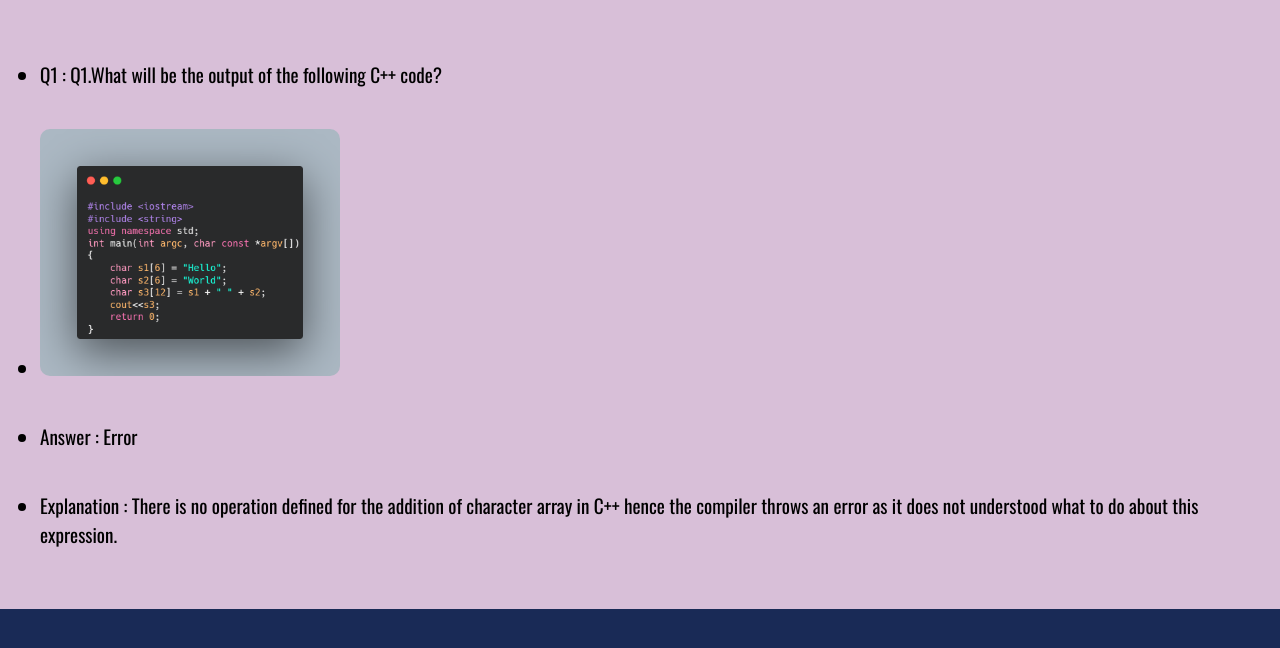
Repository: abdelrahmanahmed20021/Quiz-Platform
Page: info.html
The author's editor kept a copy of each file at every save. The page is drawn from the files as they stood at one save, then again after the next save.
The browser window is 1280 px wide. The pictures show the whole page.

Above is the page before, as saved 2023-01-11 18:09:32.

### info.html
<!DOCTYPE html>
<html lang="en">

    <head>
        <!-- ======== Meta =========== -->
        <meta charset="UTF-8">
        <meta http-equiv="X-UA-Compatible" content="IE=edge">
        <meta name="viewport" content="width=device-width, initial-scale=1.0">
        <title>Question || Platform</title>
        <!-- ======== Links =========== -->
        <link rel="stylesheet" href="./styles/index.css">
        <link rel="stylesheet" href="./styles/responsive.css">
        <style>
            .info-answers{
                background-color: thistle;
                padding: 40px;
            }
            .info-answers li{
                padding: 20px 0;
                font-size: 1.2rem;
            }
            .info-answers li img{
                width: 300px;
                border-radius: 10px;
            }
        </style>
        <!-- ======== Links =========== -->
    </head>
    <body>
       <ul class="info-answers">
         <li>Q1 : Q1.What will be the output of the following C++ code?</li>
         <li><img src="../assets/code/1.png" alt=""></li>
         <li>Answer : Error</li>
         <li>Explanation :  There is no operation defined for the addition of character array in C++ hence the compiler throws an error as it does not understood what to do about this expression.</li>
       </ul>
    </body>
</html>

### styles/index.css
/* ========= Import || Font ||  ========= */
@import url('https://fonts.googleapis.com/css2?family=Oswald:wght@200;300;400;500;600;700&display=swap');
/* ========= Import || Font ||  ========= */




/* ========= Set || Variables ||  ========= */
:root {
    --mainColor: #192a56;
    --primaryColor: #273c75;
    --lightColor: #00a8ff;
    --greenColor: #e1b12c;
    --redColor: #487eb0;
    --mainFont: 'Oswald', sans-serif;
    --mainPadding: 40px;
    --primaryPadding: 20px;
    --mainFontSize: 1.2rem;
    --primaryFontSize: .72rem;
    --mainFontWigth: 500;
    --primaryFontWigth: 700;
}

/* ========= Set || Variables ||  ========= */




/* ========= Golbal || Styles ||  ========= */
*>*,
*::after,
*::before {
    padding: 0;
    margin: 0;
    box-sizing: border-box;
    transition: all .5s ease-in-out;
    user-select: none;
    user-zoom: none;
    -webkit-user-drag: none;
}

body {
    background-color: var(--mainColor);
    font-family: var(--mainFont);
}

.flex {
    display: flex;
    align-items: center;
    justify-content: center;
}

.box {
    height: 50%;
}

.border {
    border: 2px solid var(--lightColor);
    border-radius: 10px;
}

.hover:hover {
    background-color: var(--lightColor) !important;
    color: var(--primaryColor) !important;
}

.hover_min_width:active {
    background-color: var(--lightColor) !important;
    color: var(--primaryColor) !important;
}

::-webkit-scrollbar {
    width: 5px;
}

::-webkit-scrollbar-thumb {
    background-color: var(--greenColor);
    border-radius: 10px;
}

/* ========= Golbal || Styles ||  ========= */



/* ========= Main || ElE || Styles ||  ========= */
body>section {
    display: flex;
    height: 100vh;
    padding: 30px;
}

body>section .container_1 {
    width: 70%;
    height: 100%;
}

body>section .container_2 {
    width: 30%;
    height: 100%;
    overflow: hidden;
}

body>section .container_1 .start_btn {
    height: 35%;
    gap: 30px;
}

/* ========= Main || ElE || Styles ||  ========= */

/* ========= Audio || Styles ||  ========= */

body>section>.audio_cotroll {
    position: relative;
}

body>section>.audio_cotroll img {
    top: 0;
    left: 0;
    cursor: pointer;
    position: absolute;
    width: 0;
    height: 0;
    opacity: 0;
}

body>section>.audio_cotroll .active {
    opacity: 1;
    z-index: 100;
    width: auto;
    height: auto;
}

/* ========= Audio || Styles ||  ========= */


/* ========= Container || One || Styles ||  ========= */
body>section .container_1 .start_btn button {
    padding: var(--primaryPadding);
    width: 200px;
    border: 0;
    outline: 0;
    border-radius: 10px;
    font-size: var(--mainFontSize);
    background-color: var(--primaryColor);
    color: var(--lightColor);
    cursor: pointer;
    font-weight: var(--mainFontWigth);
}
body>section .container_1 .start_btn button:hover{
    background-color: var(--lightColor);
    color: var(--mainColor);
}
body>section .container_1 .quest_content {
    height: 65%;
    padding: var(--mainPadding) var(--primaryPadding);
}

body>section .container_1 .quest_content .quset_cont {
    position: relative;
    height: 50%;
    font-size: var(--mainFontSize);
    color: var(--lightColor);
    background-color: transparent;
    padding: 90px;
}
body > #poper_img{
    background-color: #466bdb46;
    backdrop-filter: blur(10px);
    position: fixed;
    top: 0;
    bottom: 0;
    left: 0;
    right: 0;
    z-index: 1000;
    display: flex;
    justify-content: center;
    align-items: center;
}

@media screen and (max-width:675px){
    body > #poper_img img{
        width: 85%;
    }
}

@media screen and (min-width:676px) and (max-width:976px){
    body > #poper_img img{
        width: 90%;
    }
}
body > #poper_img span{
    position: absolute;
    top: 20px;
    left: 20px;
    font-size: 2rem;
    cursor: pointer;
    font-weight: bold;
    font-family: sans-serif;
    color: #e1b12c;
}
body>section .container_1 .quest_index {
    padding: 2px 10px;
    font-size: 16px;
    color: var(--lightColor);
}

body>section .container_1 .quest_content .answers {
    width: 100%;
    justify-content: center;
    flex-wrap: wrap;
}

body>section .container_1 .quest_content .answers span {
    width: 46%;
    margin: 5px;
    min-height: 40px;
    text-align: center;
    padding: 5px 0;
    cursor: pointer;
    color: var(--lightColor);
}


/* ========= Container || One || Styles ||  ========= */




/* ========= Container || Two || Styles ||  ========= */
body>section .container_2 .quest_index_num {
    justify-content: space-between;
    flex-direction: column-reverse;
    min-height: 68%;
    max-height: 68%;
    padding-bottom: 400px;
    margin-bottom: 30px;
    overflow: auto;
}


body>section .container_2 .quest_index_num p {
    display: block;
    width: 100%;
    text-align: center;
    color: var(--primaryColor);
}

body>section .container_2 .quest_index_num .correct_answer {
    background-color: transparent !important;
    color: var(--greenColor) !important;
}

body>section .container_2 .quest_index_num .falsey_answer {
    background-color: transparent !important;
    color: var(--primaryColor) !important;
}

body>section .container_2 .icons_helper {
    justify-content: space-evenly;
    height: 20%;
}

body>section .container_2 .icons_helper .remove_2 {
    width: 80px;
    height: 80px;
    cursor: pointer;
    color: var(--lightColor);
}

body>section .container_2 .icons_helper .google {
    cursor: pointer;
    width: 80px;
    height: 80px;
}

/* ========= Container || Two || Styles ||  ========= */

/* ========= Actives || Class || Styles ||  ========= */
.active_point_quest {
    color: var(--lightColor) !important;
    font-weight: var(--primaryFontWigth);
    font-size: var(--mainFontSize);
}

.falsey_answer {
    background-color: var(--redColor) !important;
    color: var(--lightColor) !important;
}
.falsey_answer_p{
    color: red !important;
}
.correct_answer {
    background-color: var(--greenColor) !important;
    color: var(--lightColor) !important;
}

.hidde_animate_btn {
    transform: scale(0);
    width: 0;
}
.poper_appender{
    color: #00a8ff;
}
.hide_poper{
    display: none !important;
}
.description_hidde{
    display: none;
}
/* ========= Actives || Class || Styles ||  ========= */

### styles/responsive.css
/* ===========  Tablets || Sizes  =============== */
/* =============== Sm ================ */
@media screen and (min-width:360px) and (max-width:960px) {
    :root {
        --mainPadding: 20px;
        --primaryPadding: 10px;
        --mainFontSize: 1rem;
        --mainFontWigth: 400;
        --primaryFontWigth: 500;
    }

    body>section {
        flex-direction: column;
        padding: 20px 10px;
    }

    body>section .container_1 {
        width: 100%;
        height: 70%;

    }

    body>section .container_1 .start_btn {
        height: 20%;
    }

    body>section .container_2 {
        width: 100%;
        height: 30%;
    }

    body>section .container_2 .quest_index_num {
        min-height: 58%;
        max-height: 58%;
        padding-bottom: 0;
        padding-left: 400px;
    }

    body>section .container_2 .icons_helper {
        justify-content: space-between;
    }

    body>section .container_1 .quest_content .quset_cont {
        padding: 40px;
    }

    body>section .container_1 .quest_content .answers span {
        font-size: var(--primaryFontSize);
        font-weight: var(--primaryFontWigth);
    }

    body>section .container_2 .icons_helper .remove_2 {
        width: 60px;
        height: 60px;
    }

    body>section .container_2 .icons_helper .google {
        width: 60px;
        height: 60px;
    }

}

/* =============== Sm ================ */
/* ===========  Tablets || Sizes  =============== */

After the next save:
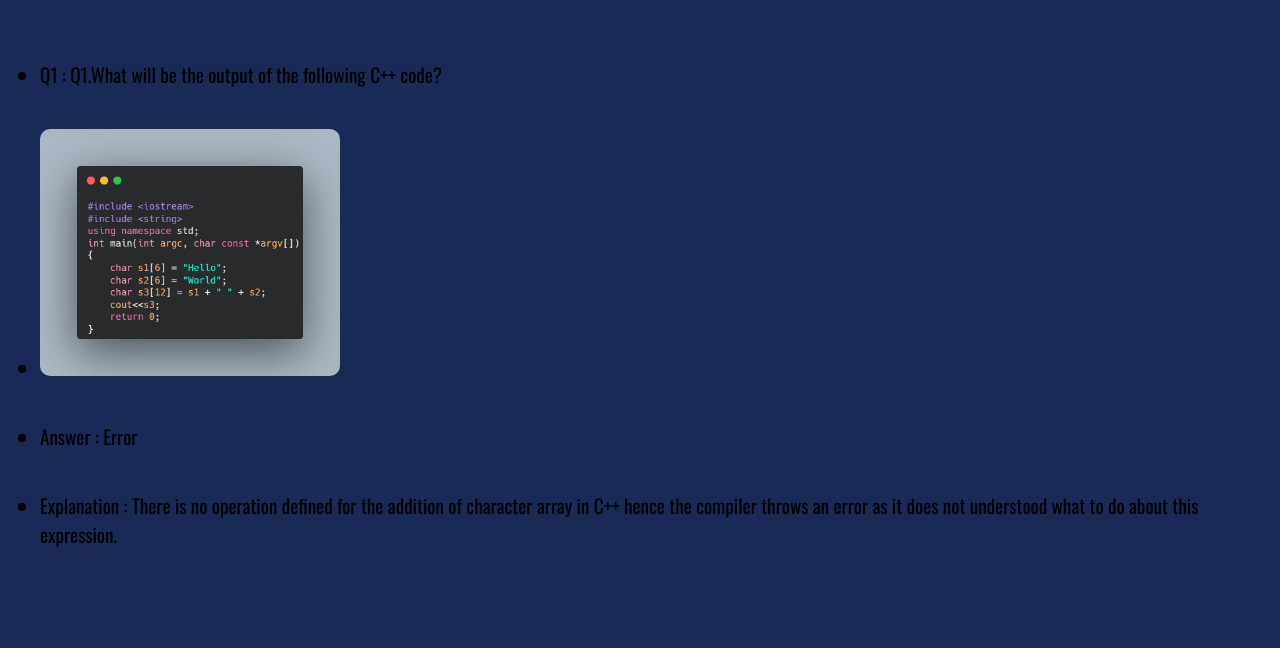
Saved 23 s later.
--- a/info.html
+++ b/info.html
@@ -12,7 +12,6 @@
         <link rel="stylesheet" href="./styles/responsive.css">
         <style>
             .info-answers{
-                background-color: thistle;
                 padding: 40px;
             }
             .info-answers li{
